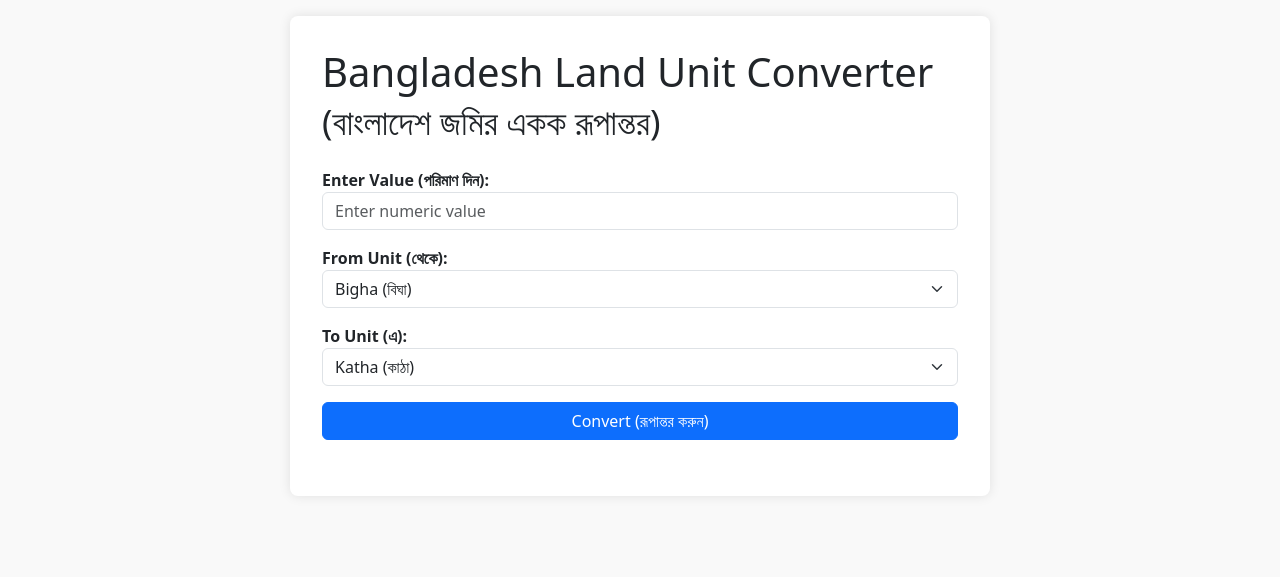
Repository: smriad/bdland
Page: http://localhost/
An editor plug-in stored every save of this project. The page is shown before and after the next save, followed by the edit.
The browser window is 1280 px wide. The pictures show the whole page.
The page is run by PHP 8.4 with error messages shown; the project is at /var/www/html/.

Above is the page before, as saved 2025-07-22 16:44:38.

After the next save:
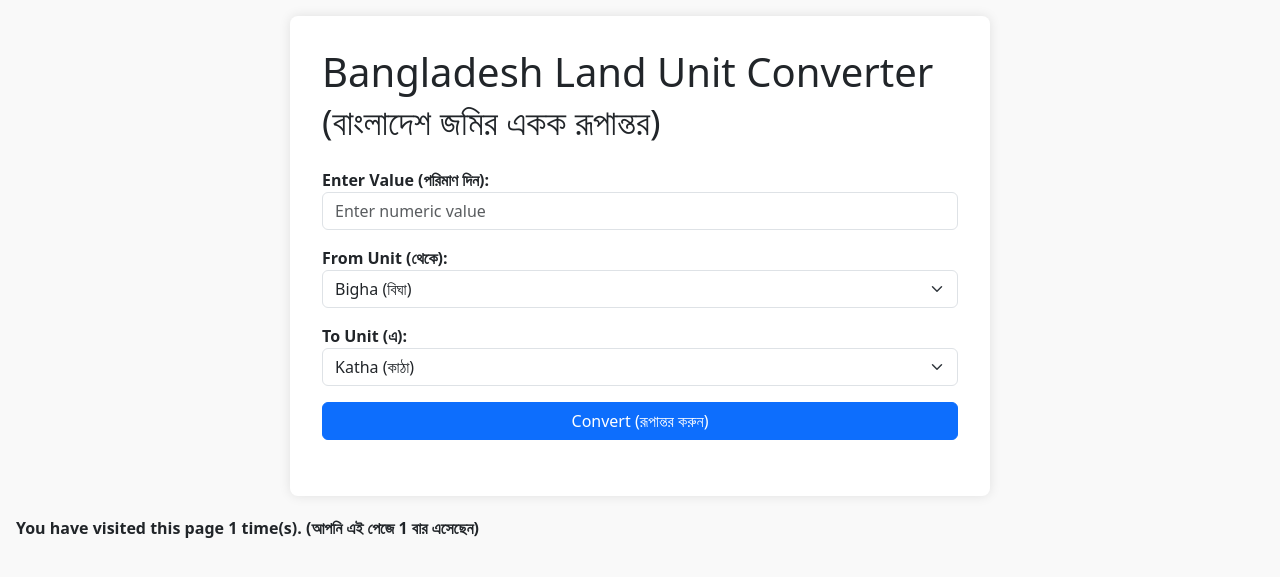
Saved 6 s later.
--- a/index.php
+++ b/index.php
@@ -128,6 +128,22 @@
       (${value} ${unitNames[fromUnit]} = <strong>${convertedValue.toFixed(4)}</strong> ${unitNames[toUnit]})
     `;
   }
+
+  (function(){
+  const countKey = "myVisitorCount";
+  let count = localStorage.getItem(countKey);
+
+  if (!count) {
+    count = 1;
+  } else {
+    count = parseInt(count) + 1;
+  }
+
+  localStorage.setItem(countKey, count);
+
+  document.getElementById("visitorCount").innerText = `You have visited this page ${count} time(s). (আপনি এই পেজে ${count} বার এসেছেন)`;
+})();
+
 </script>
 </body>
 </html>
